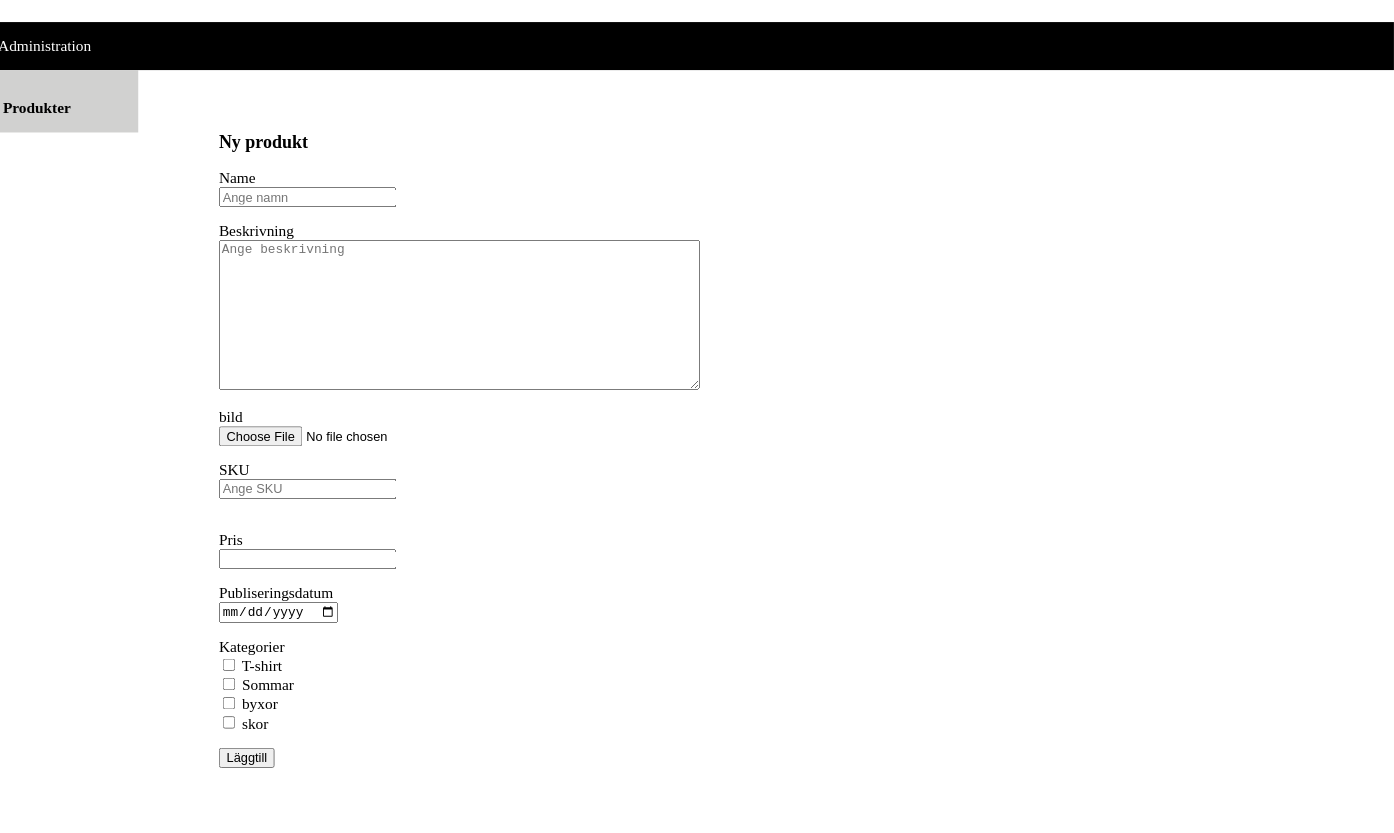
Repository: Kalle1995/project
Page: Nyproduckt.html
An editor plug-in stored every save of this project. The page is shown before and after the next save, followed by the edit.
The browser window is 1280 px wide. The page is 1452 px wide, so the pictures cover 1452 px, including what lies to the right of the window. The pictures show the whole page, at 96% of full size.

Above is the page before, as saved 2024-10-06 20:58:34.

After the next save:
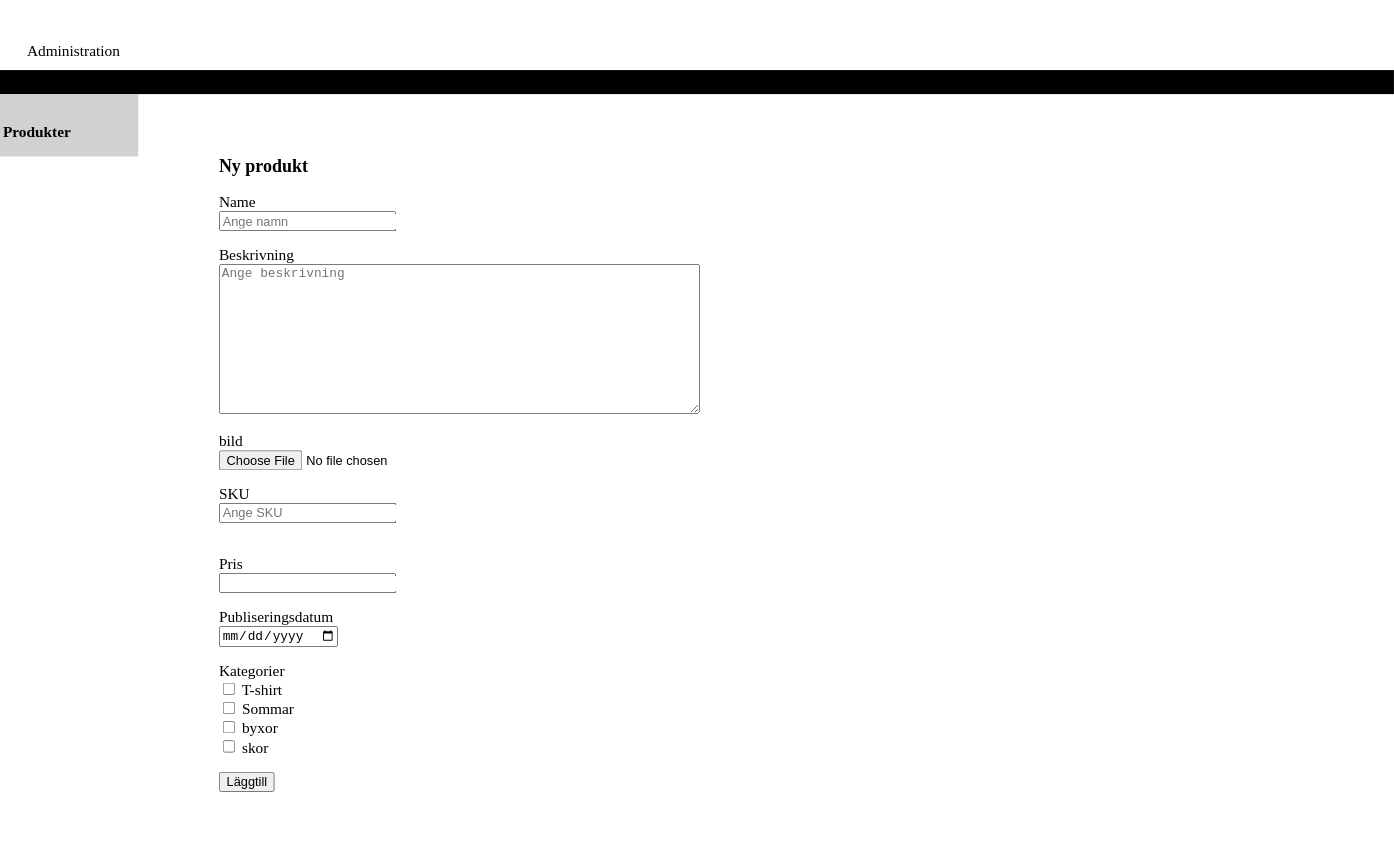
Saved 8 s later.
--- a/Nyproduckt.html
+++ b/Nyproduckt.html
@@ -10,13 +10,12 @@
 
 <body>
     <header>
-
+        <p>
+            Administration
+        </p>
     </header>
 
     <aside class="AD">
-        <p>
-            Administration
-        </p>
     </aside>
 
     <aside class="PR">
